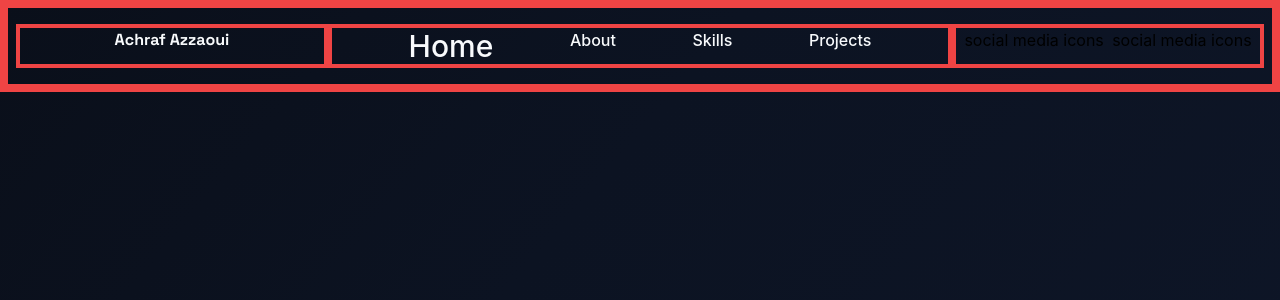
Repository: AchrafAzzaoui/Portfolio-Website
Page: / (app in achrafs-portfolio/)
An editor plug-in stored every save of this project. The page is shown before and after the next save, followed by the edit.
The browser window is 1280 px wide. The pictures show the whole page.
Some web fonts or font styles are not loaded; a fallback is used. The project was rebuilt for these pictures with package versions that can differ from the ones it lists, and the page was loaded fresh each time. Also part of the build but not shown: achrafs-portfolio/vite.config.ts.

Above is the page before, as saved 2025-01-02 21:35:01.

### achrafs-portfolio/index.html
<!DOCTYPE html>
<html lang="en">
  <head>
    <meta charset="UTF-8" />
    <link rel="icon" type="image/svg+xml" href="/vite.svg" />
    <meta name="viewport" content="width=device-width, initial-scale=1.0" />
    <!-- Inter for body text -->
    <link rel="preconnect" href="https://rsms.me/" />
    <link rel="stylesheet" href="https://rsms.me/inter/inter.css" />

    <!-- Space Grotesk for headlines -->
    <link rel="preconnect" href="https://fonts.googleapis.com" />
    <link rel="preconnect" href="https://fonts.gstatic.com" crossorigin />
    <link
      href="https://fonts.googleapis.com/css2?family=Space+Grotesk:wght@500;600;700&display=swap"
      rel="stylesheet"
    />
    <title>Achraf's Portfolio Website</title>
  </head>
  <body>
    <div id="root"></div>
    <script type="module" src="/src/main.tsx"></script>
  </body>
</html>

### achrafs-portfolio/src/index.css
@tailwind base;
@tailwind components;
@tailwind utilities;
@tailwind base;
@tailwind components;
@tailwind utilities;

@layer base {
  * {
    margin: 0;
    padding: 0;
    box-sizing: border-box;
  }

  html {
    scroll-behavior: smooth;
  }

  body {
    @apply font-sans antialiased;
  }

  ul,
  ol {
    list-style: none;
  }

  a {
    text-decoration: none;
    color: inherit;
  }

  img {
    max-width: 100%;
    height: auto;
  }

  button {
    background: none;
    border: none;
    cursor: pointer;
  }
}

### achrafs-portfolio/src/App.tsx
import "./index.css";
import Header from "./components/layout/Header.tsx";
export default function App() {
  return (
    <div className="min-h-screen bg-gradient-dark">
      <Header />
    </div>
  );
}

### achrafs-portfolio/src/components/layout/Header.tsx
import { useState } from "react";

export default function Header() {
  const [isMenuOpen, setIsMenuOpen] = useState(false);

  return (
    <header className="px-2 py-4 border-8 border-red-500">
      <nav className="flex ">
        <div className="basis-1/4 flex-auto flex justify-center align-middle font-display font-bold text-dark-text-primary border-4 border-red-500">
          <h2>Achraf Azzaoui</h2>
        </div>
        <div className="basis-2/4 flex-auto flex justify-evenly align-middle border-4 border-red-500">
          <a
            href="#home"
            className="font-sans font-medium text-dark-text-primary text-3xl"
          >
            Home
          </a>
          <a
            href="#about"
            className="font-sans font-medium text-dark-text-primary"
          >
            About
          </a>
          <a
            href="#skills"
            className="font-sans font-medium text-dark-text-primary"
          >
            Skills
          </a>
          <a
            href="#projects"
            className="font-sans font-medium text-dark-text-primary"
          >
            Projects
          </a>
        </div>
        <div className="basis-1/4 flex-auto flex justify-evenly align-middle border-4 border-red-500">
          <h1>social media icons</h1>
          <h1>social media icons</h1>
        </div>
      </nav>
    </header>
  );
}

### achrafs-portfolio/tailwind.config.js
/** @type {import('tailwindcss').Config} */
const defaultTheme = require("tailwindcss/defaultTheme");

export default {
  content: ["./index.html", "./src/**/*.{js,ts,jsx,tsx}"],
  theme: {
    extend: {
      backgroundImage: {
        "gradient-dark":
          "linear-gradient(130deg, #0A0F1A 0%, #0C1322 40%, #0E1628 100%)",
        "gradient-light":
          "linear-gradient(130deg, #F8FAFC 0%, #EEF2F6 40%, #E2E8F0 100%)", // Light theme gradient
      },
      colors: {
        // Dark theme
        dark: {
          text: {
            primary: "#F8FAFC", // Almost white
            secondary: "#94A3B8", // Lighter gray
            muted: "#64748B", // Muted gray
          },
        },
        // Light theme
        light: {
          text: {
            primary: "#0F172A", // Very dark blue/gray
            secondary: "#334155", // Dark gray
            muted: "#64748B", // Same as dark for balance
          },
        },
      },
      fontFamily: {
        sans: ["Inter", ...defaultTheme.fontFamily.sans],
        display: ["Space Grotesk", ...defaultTheme.fontFamily.sans],
      },
    },
  },
  plugins: [],
};

Loaded but not shown: achrafs-portfolio/src/main.tsx (common file)

After the next save:
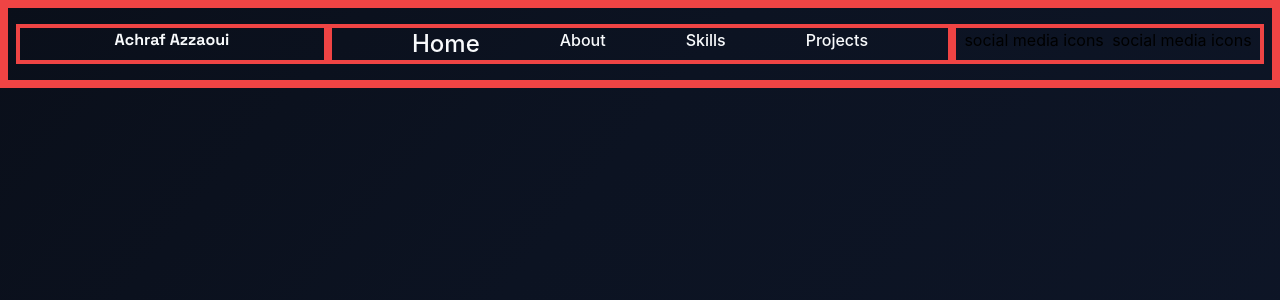
Saved 5 s later.
--- a/achrafs-portfolio/src/components/layout/Header.tsx
+++ b/achrafs-portfolio/src/components/layout/Header.tsx
@@ -12,7 +12,7 @@ export default function Header() {
         <div className="basis-2/4 flex-auto flex justify-evenly align-middle border-4 border-red-500">
           <a
             href="#home"
-            className="font-sans font-medium text-dark-text-primary text-3xl"
+            className="font-sans font-medium text-dark-text-primary text-2xl"
           >
             Home
           </a>
